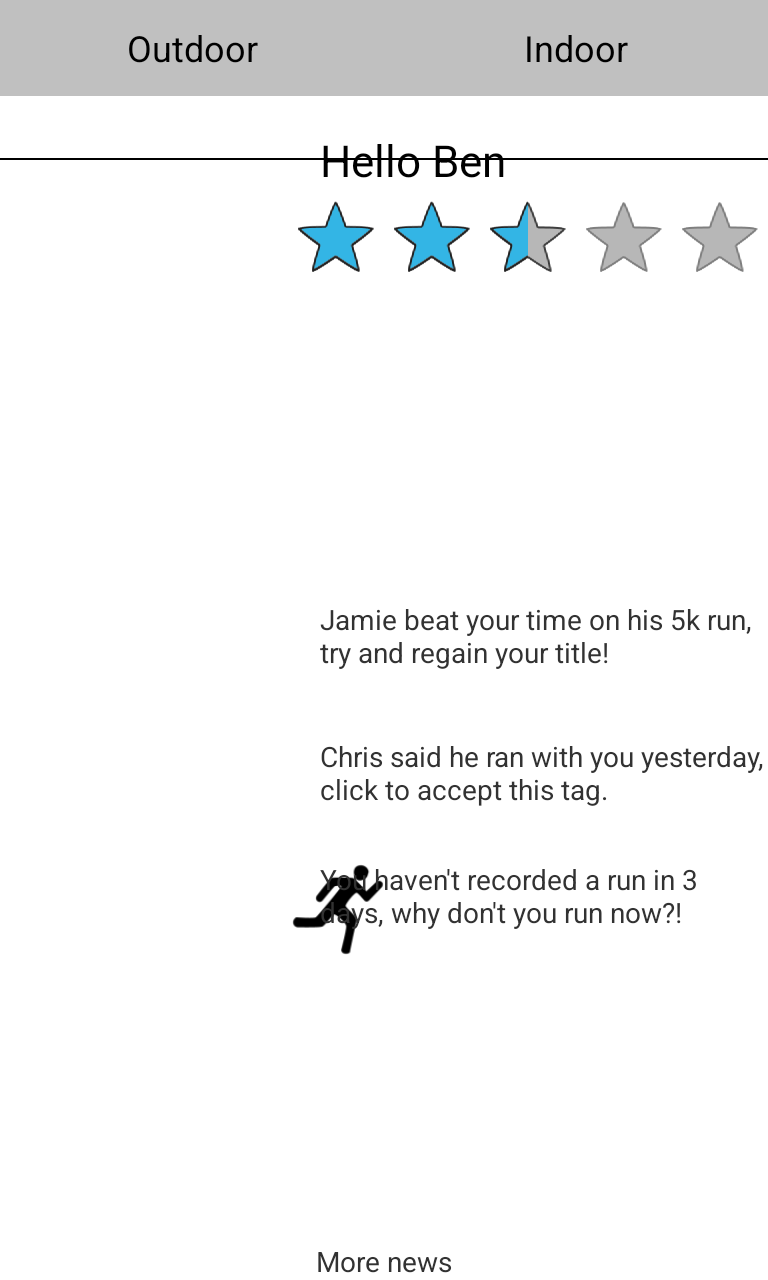
Repository: jamiemorris1991/GoMotion
Layout: GoMotion/res/layout/activity_home.xml
The author's editor kept a copy of each file at every save. The layout is drawn from the files as they stood at one save, then again after a run of saves.
It is drawn on a 768 x 1280 px phone screen (xhdpi) without system bars, with theme AppTheme; the app's code is not run.

Above is the layout before, as saved 2012-11-20 15:52:29.

After the next 2 saves:
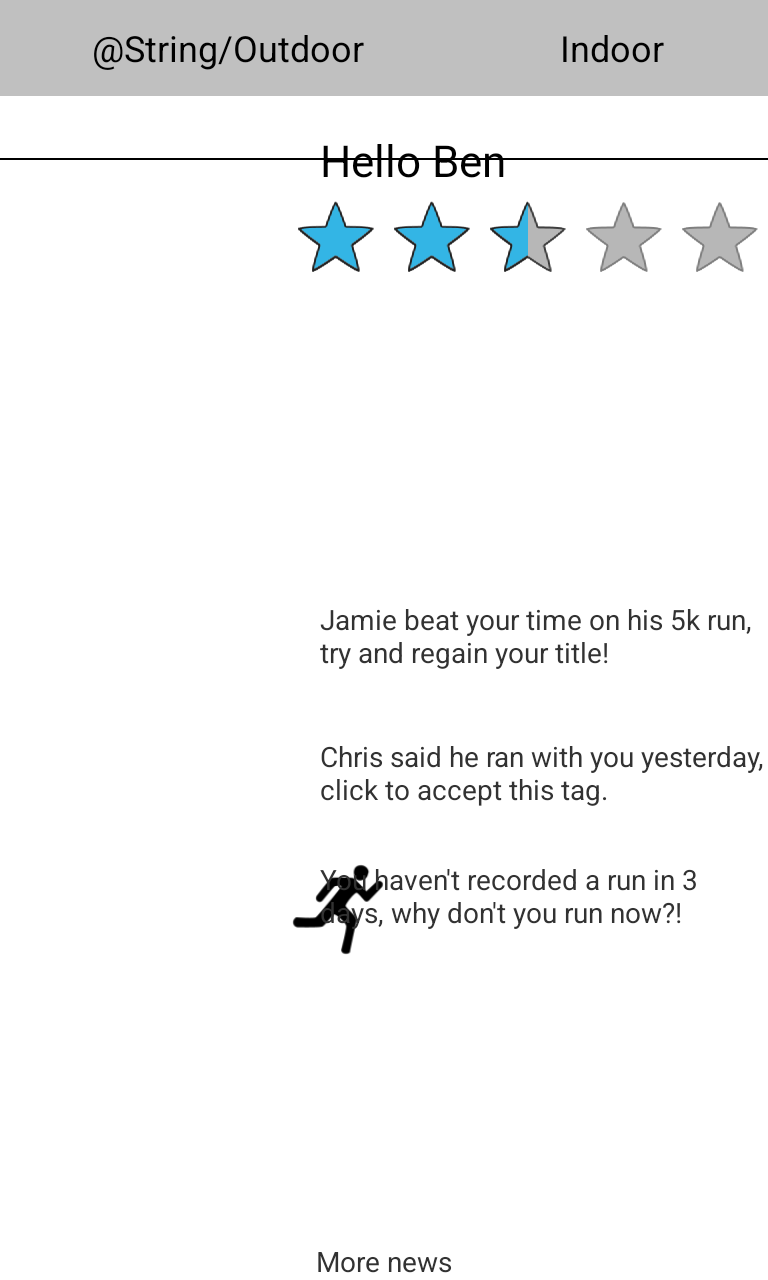
The 2 saves are shown as one change because they came seconds apart.
The last was saved 4 days later.
--- a/GoMotion/res/layout/activity_home.xml
+++ b/GoMotion/res/layout/activity_home.xml
@@ -17,7 +17,7 @@
             android:layout_gravity="center_vertical"
             android:layout_weight="1"
             android:background="@color/topNavBar"
-            android:text="Outdoor"
+            android:text="@String/Outdoor"
             android:textColor="@color/topNavBarText" />
 
         <Button
